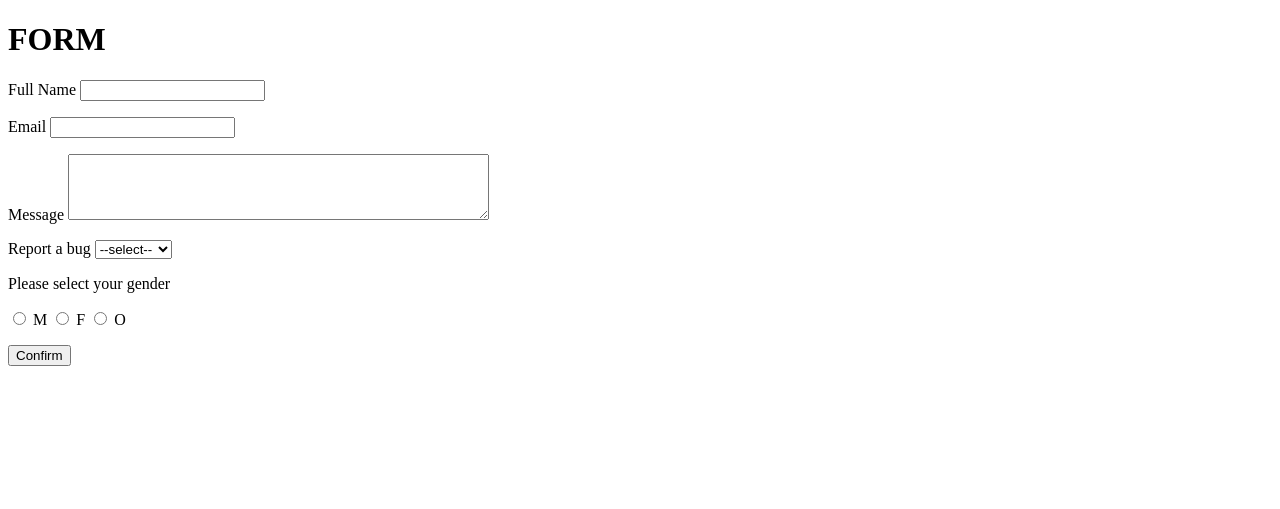
Repository: MicTomm/corso-frontend
Page: HTML/prova2/index.html
The author's editor kept a copy of each file at every save. The page is drawn from the files as they stood at one save, then again after the next save.
The browser window is 1280 px wide. The pictures show the whole page.

Above is the page before, as saved 2023-11-08 11:14:47.

### HTML/prova2/index.html
<!DOCTYPE html>
<html lang="en">

<head>
  <meta charset="UTF-8">
  <meta name="viewport" content="width=device-width, initial-scale=1.0">
  <title>Form</title>
</head>

<body>
  <h1>FORM</h1>
  <main>
    <form action="#" method="POST">
      <section id="sezione-1">
        <p>
          <label for="full-name">Full Name</label>
          <input type="text" id="full-name" name="full-name" required>
        </p>
        <p>
          <label for="email">Email</label>
          <input type="email" id="email" name="email" required>
        </p>
        <p>
          <label for="message">Message</label>
          <textarea id="message" name="message" rows="4" cols="50"></textarea>
        </p>
        <p>
          <label for="bug">Report a bug</label>
          <select name="bug" id="bug">
            <option value="select" selected disabled hidden>--select--</option>
            <option value="question">question</option>
            <option value="feedback">feedback</option>
            <option value="report">report</option>
          </select>
        </p>
        <p>
        <p>Please select your gender</p>
        <input type="radio" id="M" name="gender" value="M">
        <label for="M">M</label>
        <input type="radio" id="F" name="gender" value="F">
        <label for="F">F</label>
        <input type="radio" id="O" name="gender" value="O">
        <label for="O">O</label>
        <p>
        </p>
        <!--
          <p>
            <label for="password">Password</label>
            <input type="password" id="password" name="password" minlength="6" required>
          </p> -->
      </section>
      <button>Confirm</button>
    </form>
  </main>
</body>

</html>

After the next save:
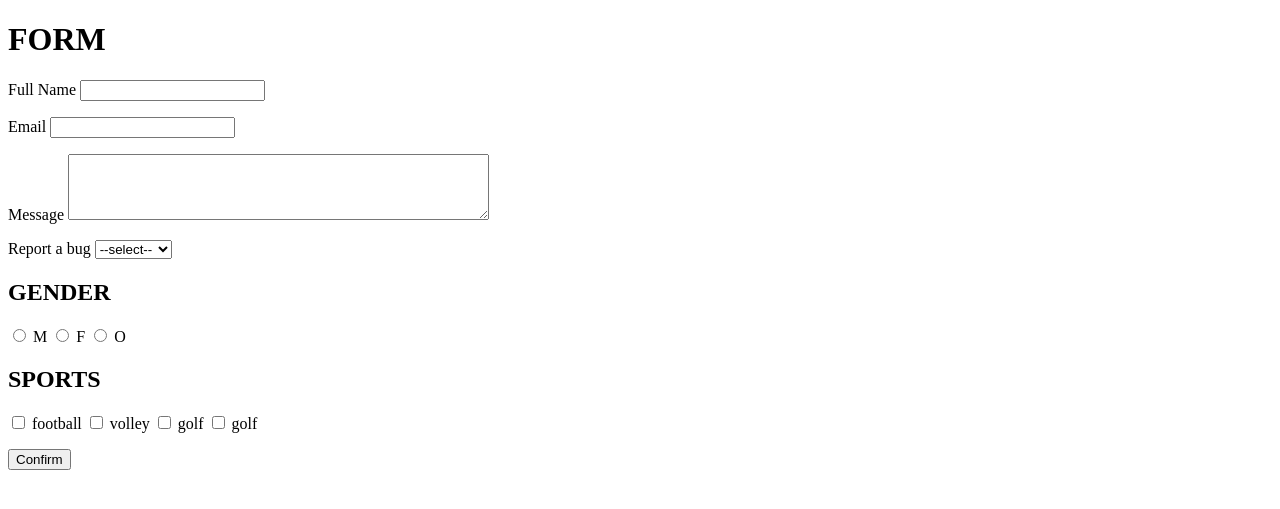
Saved 3 min 37 s later.
--- a/HTML/prova2/index.html
+++ b/HTML/prova2/index.html
@@ -34,16 +34,27 @@
           </select>
         </p>
         <p>
-        <p>Please select your gender</p>
-        <input type="radio" id="M" name="gender" value="M">
-        <label for="M">M</label>
-        <input type="radio" id="F" name="gender" value="F">
-        <label for="F">F</label>
-        <input type="radio" id="O" name="gender" value="O">
-        <label for="O">O</label>
+        <h2>GENDER</h2>
         <p>
+          <input type="radio" id="M" name="gender" value="M">
+          <label for="M">M</label>
+          <input type="radio" id="F" name="gender" value="F">
+          <label for="F">F</label>
+          <input type="radio" id="O" name="gender" value="O">
+          <label for="O">O</label>
         </p>
-        <!--
+        <h2>SPORTS</h2>
+        </p>
+        <input type="checkbox" id="football" name="football">
+        <label for="football">football</label>
+        <input type="checkbox" id="volley" name="volley">
+        <label for="volley">volley</label>
+        <input type="checkbox" id="golf" name="golf">
+        <label for="golf">golf</label>
+        <input type="checkbox" id="golf" name="golf">
+        <label for="golf">golf</label>
+        <p>
+          <!--
           <p>
             <label for="password">Password</label>
             <input type="password" id="password" name="password" minlength="6" required>
